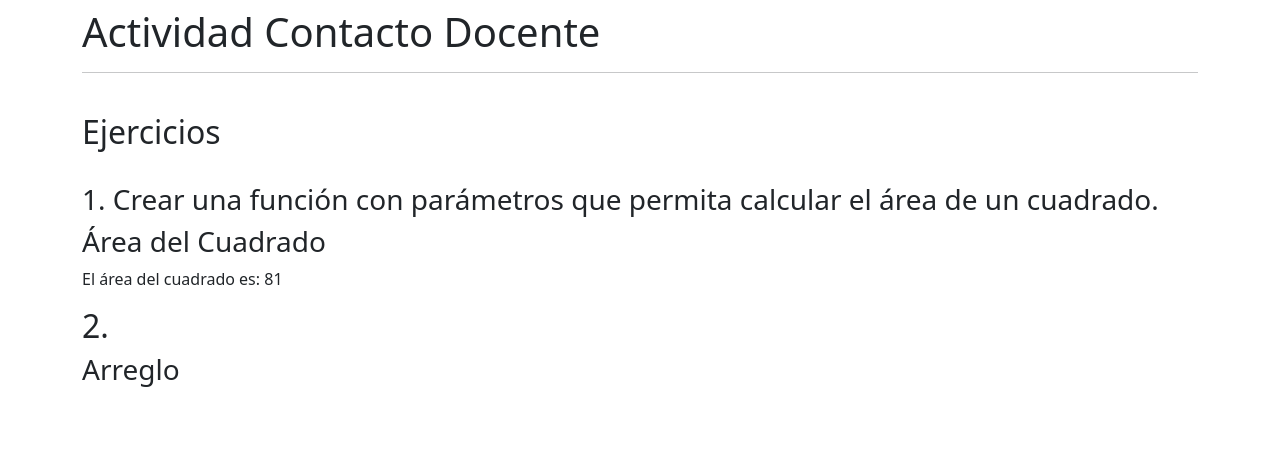
Repository: Jchimbo99/Actvidad1
Page: / (app in typescript-actividad/)
The author's editor kept a copy of each file at every save. The page is drawn from the files as they stood at one save, then again after the next save.
The browser window is 1280 px wide. The pictures show the whole page.
The project was rebuilt for these pictures with package versions that can differ from the ones it lists, and the page was loaded fresh each time. Also part of the build but not shown: typescript-actividad/vite.config.ts.

Above is the page before, as saved 2025-01-22 20:37:24.

After the next save:
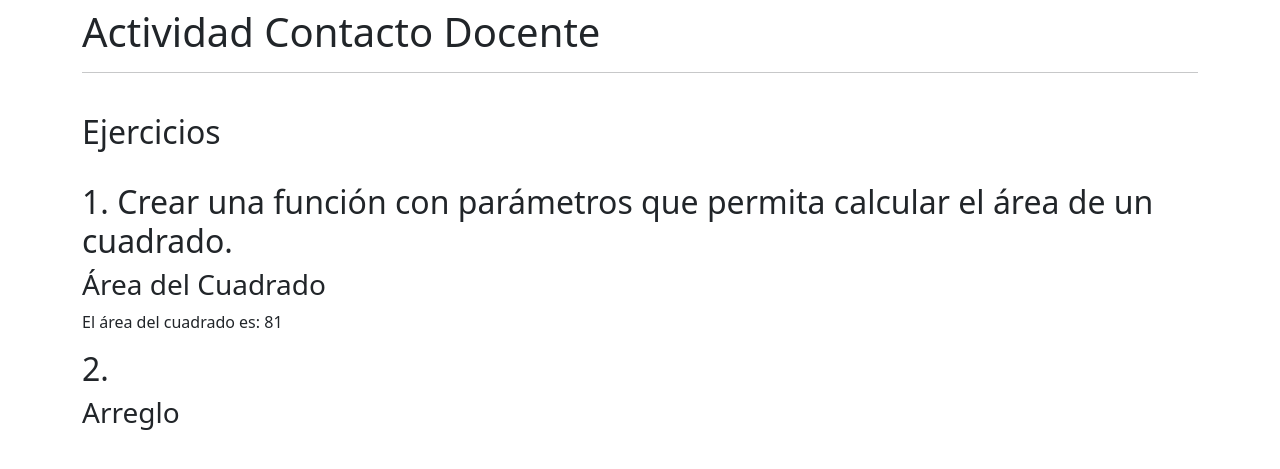
Saved 8 s later.
--- a/typescript-actividad/src/typescript/AreaCuadrado.tsx
+++ b/typescript-actividad/src/typescript/AreaCuadrado.tsx
@@ -5,7 +5,7 @@ export const AreaCuadrado = () => {
     return (
         <div>
 
-            <h3>1.	Crear una función con parámetros que permita calcular el área de un cuadrado.</h3>
+            <h2>1.	Crear una función con parámetros que permita calcular el área de un cuadrado.</h2>
             <h3>Área del Cuadrado</h3>
             <p>El área del cuadrado es: {area}</p>
         </div>
